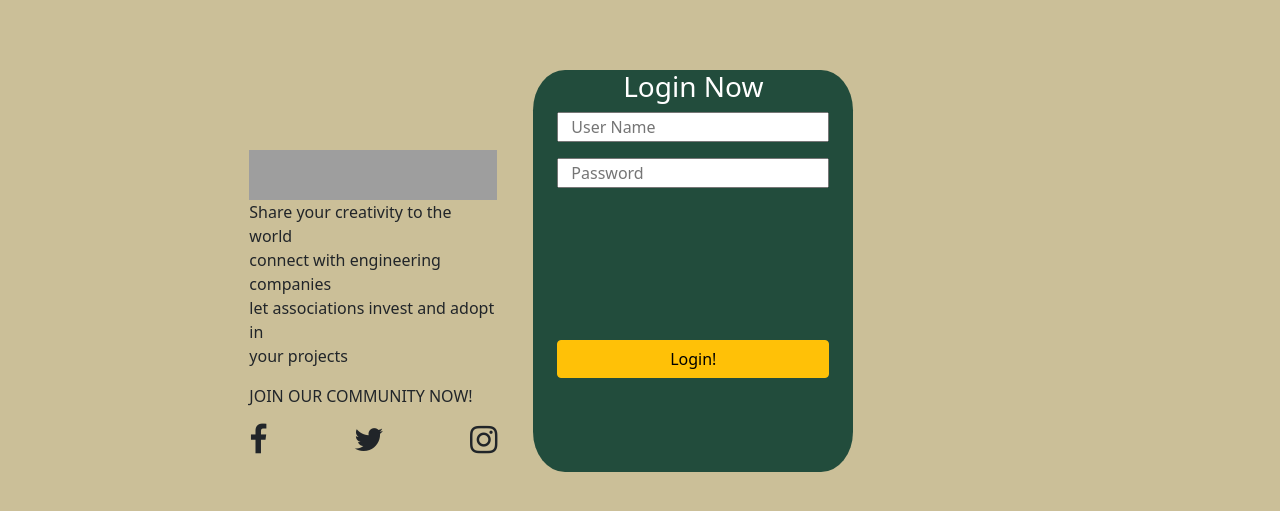
Repository: ahmadjamal-1997/Project-Taqadam
Page: http://localhost/Taqadam/WEB-INF/login.jsp
The author's editor kept a copy of each file at every save. The page is drawn from the files as they stood at one save, then again after the next save.
The browser window is 1280 px wide. The pictures show the whole page.
Pictures or frames that could not be fetched are drawn as grey boxes. The page is served by Tomcat 9. Nobody is signed in. The template is opened directly, without the code that normally fills it, so the values that code supplies are empty.

Above is the page before, as saved 2022-03-31 10:28:54.

After the next save:
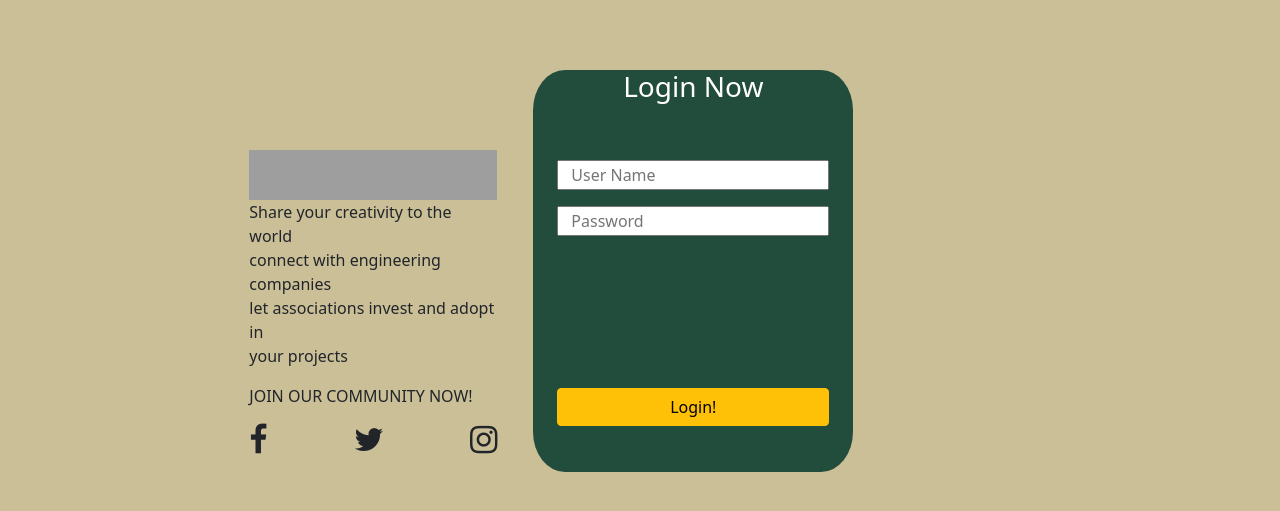
Saved 96 s later.
--- a/Taqadam-new/Taqadam-java/Taqadam-new/Taqadam/src/main/webapp/WEB-INF/login.jsp
+++ b/Taqadam-new/Taqadam-java/Taqadam-new/Taqadam/src/main/webapp/WEB-INF/login.jsp
@@ -54,7 +54,7 @@
 
                 <div class="container">
                 <form method="POST" action="/login">
-                <div class="row mb-3">
+                <div class="row mb-3 mt-5">
            			 <input type="text" id="email" name="username" placeholder="User Name"/>
       			</div>
 
